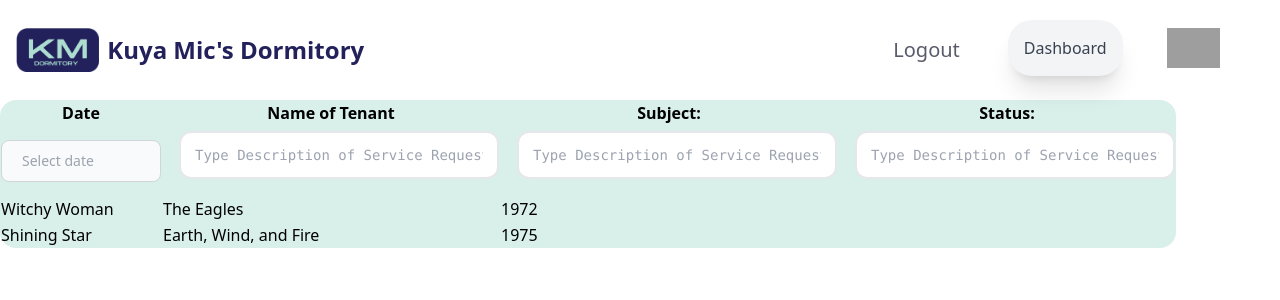
Repository: theamgri/Dormitory-Management-System
Page: logstatus.html
These files come from the project's save history. The page is drawn as it stood at one moment and after the next save; the edit follows.
The browser window is 1280 px wide. The pictures show the whole page.
Pictures or frames that could not be fetched are drawn as grey boxes. Some web libraries are served in a nearby version.

Above is the page before, as saved 2023-02-27 22:02:23.

### logstatus.html
<!DOCTYPE html>
<html lang="en">
<head>
    <script src="https://cdn.tailwindcss.com"></script>
    <script src="https://unpkg.com/flowbite@1.5.5/dist/datepicker.js"></script>
    <meta charset="UTF-8">
    <meta http-equiv="X-UA-Compatible" content="IE=edge">
    <meta name="viewport" content="width=device-width, initial-scale=1.0">
    <link rel="icon" type="image/x-icon" href="/assets/logo.png">
    <title>Tenant Log Status</title>


    <nav class="bg-white border-gray-200 px-2 lg:px-4 py-1 rounded dark:bg-gray-100">
        <div class="container flex flex-wrap items-center justify-between mx-auto">
          <a href="https://flowbite.com/" class="flex items-left">
              <img src="/assets/logo.png" class="h-11" alt="KM Logo" />
              <span class="self-center align-middle pl-2 text-2xl font-Montserrat font-bold whitespace-nowrap" style="color: #22215B">Kuya Mic's Dormitory </span>
          </a>

          <button data-collapse-toggle="navbar-default" type="button" class="inline-flex items-center p-2 ml-3 text-sm text-gray-500 rounded-lg md:hidden hover:bg-gray-100 focus:outline-none focus:ring-2 focus:ring-gray-200 dark:text-gray-400 dark:hover:bg-gray-700 dark:focus:ring-gray-600" aria-controls="navbar-default" aria-expanded="false">
          <svg class="w-6 h-6" aria-hidden="true" fill="currentColor" viewBox="0 0 20 20" xmlns="http://www.w3.org/2000/svg"><path fill-rule="evenodd" d="M3 5a1 1 0 011-1h12a1 1 0 110 2H4a1 1 0 01-1-1zM3 10a1 1 0 011-1h12a1 1 0 110 2H4a1 1 0 01-1-1zM3 15a1 1 0 011-1h12a1 1 0 110 2H4a1 1 0 01-1-1z" clip-rule="evenodd"></path></svg>
          </button>
          <div class="hidden w-full md:block md:w-auto" id="navbar-default">
            <ul class="flex flex-col p-4 mt-4 border border-gray-100 rounded-lg md:flex-row md:space-x-8 md:mt-0 md:text-sm md:font-medium md:border-0">
              <li>
                <a href="login.html" class="block bg-blue-700 font-Montserrat rounded text-xl md:bg-transparent md:text-blue-700 md:p-4" aria-current="page" style="color: #5A5B6A">Logout</a>
              </li>
              <li>
                <a href="home.html" class="block shadow-xl bg-gray-100 font-Montserrat rounded-3xl text-base md:text-gray-700 md:p-4" aria-current="page">Dashboard</a>
              </li>
              <li>
                <a href="#" class="block py-2 pl-3 pr-4" aria-current="page"><img src="https://icones.pro/wp-content/uploads/2021/02/icone-utilisateur-gris.png" class="h-1 mr-3 sm:h-10" alt="KM Logo" /></a>
              </li>
            </ul>
          </div>

        </div>
      </nav>
</head>
<body>

        <table class="table-fixed" style="background-color: #adddd075; border-radius: 1rem;">
            <thead>
              <tr>
                <th>Date</th>
                <th>Name of Tenant</th>
                <th>Subject:</th>
                <th>Status:</th>
              </tr>
            </thead>

            <tbody>
              <tr>
                <td><input datepicker type="text" class="bg-gray-50 border border-gray-300 text-gray-900 text-sm rounded-lg focus:ring-blue-500 focus:border-blue-500 block w-40 pl-5 p-2.5 dark:border-gray-600 dark:placeholder-gray-400 dark:text-white dark:focus:ring-blue-500 dark:focus:border-blue-900" placeholder="Select date" style="color: #22215B;";></td>
                <td><input type="text" style="height: 3rem; width:20rem;" placeholder="Type Description of Service Request" class="block border-2  font-mono mt-1 ml-4 mb-4 p-3.5 bg-gray-10 text-gray-900 sm:text-sm rounded-xl dark:bg-gray-100 dark:placeholder-gray-400"></td>
                <td><input type="text" style="height: 3rem; width:20rem;" placeholder="Type Description of Service Request" class="block border-2  font-mono mt-1 ml-4 mb-4 p-3.5 bg-gray-10 text-gray-900 sm:text-sm rounded-xl dark:bg-gray-100 dark:placeholder-gray-400"></td>
                <td><input type="text" style="height: 3rem; width:20rem;" placeholder="Type Description of Service Request" class="block border-2  font-mono mt-1 ml-4 mb-4 p-3.5 bg-gray-10 text-gray-900 sm:text-sm rounded-xl dark:bg-gray-100 dark:placeholder-gray-400"></td>
            </tr>
              <tr>
                <td>Witchy Woman</td>
                <td>The Eagles</td>
                <td>1972</td>
              </tr>
              <tr>
                <td>Shining Star</td>
                <td>Earth, Wind, and Fire</td>
                <td>1975</td>
              </tr>
            </tbody>
          </table>





</body>
</html>

After the next save:
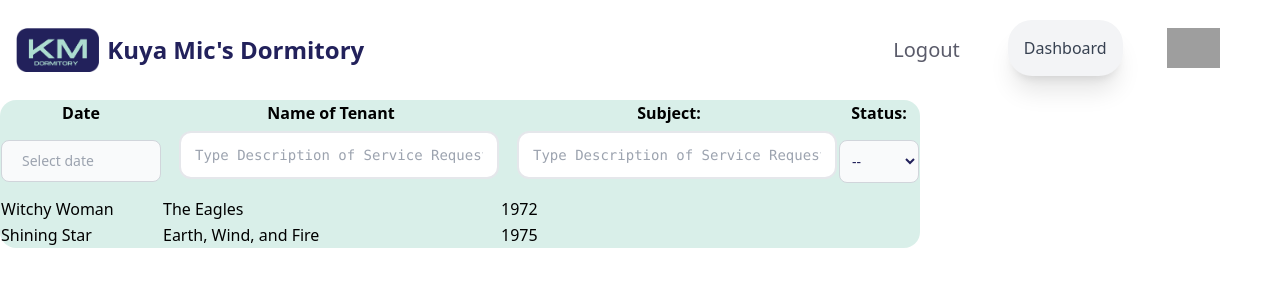
Saved 7 min 51 s later.
--- a/logstatus.html
+++ b/logstatus.html
@@ -54,7 +54,9 @@
                 <td><input datepicker type="text" class="bg-gray-50 border border-gray-300 text-gray-900 text-sm rounded-lg focus:ring-blue-500 focus:border-blue-500 block w-40 pl-5 p-2.5 dark:border-gray-600 dark:placeholder-gray-400 dark:text-white dark:focus:ring-blue-500 dark:focus:border-blue-900" placeholder="Select date" style="color: #22215B;";></td>
                 <td><input type="text" style="height: 3rem; width:20rem;" placeholder="Type Description of Service Request" class="block border-2  font-mono mt-1 ml-4 mb-4 p-3.5 bg-gray-10 text-gray-900 sm:text-sm rounded-xl dark:bg-gray-100 dark:placeholder-gray-400"></td>
                 <td><input type="text" style="height: 3rem; width:20rem;" placeholder="Type Description of Service Request" class="block border-2  font-mono mt-1 ml-4 mb-4 p-3.5 bg-gray-10 text-gray-900 sm:text-sm rounded-xl dark:bg-gray-100 dark:placeholder-gray-400"></td>
-                <td><input type="text" style="height: 3rem; width:20rem;" placeholder="Type Description of Service Request" class="block border-2  font-mono mt-1 ml-4 mb-4 p-3.5 bg-gray-10 text-gray-900 sm:text-sm rounded-xl dark:bg-gray-100 dark:placeholder-gray-400"></td>
+                <td><select class="bg-gray-50 border border-gray-300 text-gray-900 text-sm rounded-lg focus:ring-blue-500 focus:border-blue-500 block w-20 pl-2 p-2.5 dark:border-gray-600 dark:placeholder-gray-400 dark:text-white dark:focus:ring-blue-500 dark:focus:border-blue-500" style="color: #22215B;">
+                    <option>--</option>
+                    <option>0</option></select></td>
             </tr>
               <tr>
                 <td>Witchy Woman</td>
